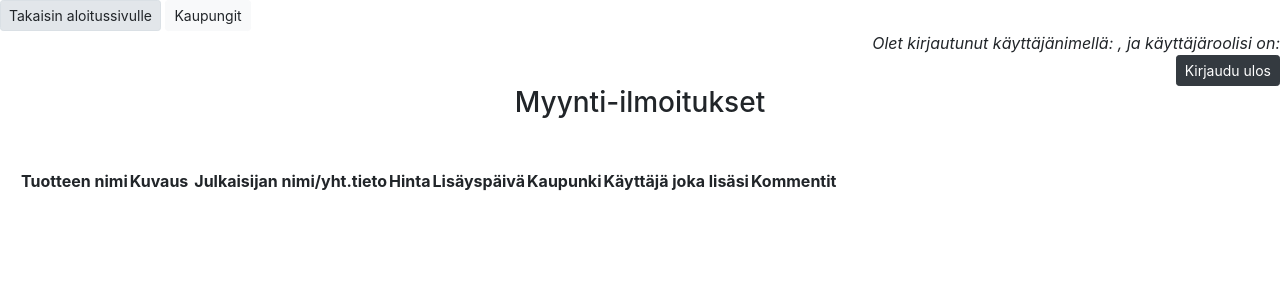
Repository: LiljestromNadja/Backend_s2023_harjoitustyo
Page: http://localhost/articlelist
The author's editor kept a copy of each file at every save. The page is drawn from the files as they stood at one save, then again after the next save.
The browser window is 1280 px wide. The pictures show the whole page.
The page is this project's Thymeleaf template; nobody is signed in. The template is opened directly, without the code that normally fills it, so the values that code supplies are empty.

Above is the page before, as saved 2023-11-10 15:37:44.

After the next save:
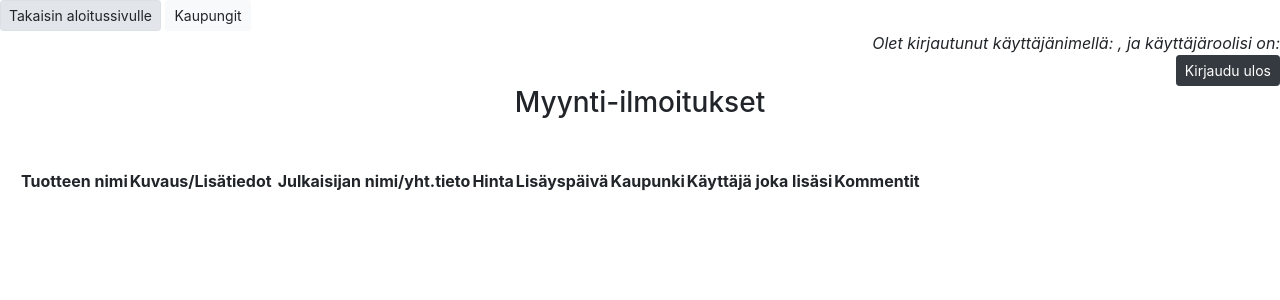
Saved 15 min 1 s later.
--- a/harkkas23v01/src/main/resources/templates/articlelist.html
+++ b/harkkas23v01/src/main/resources/templates/articlelist.html
@@ -32,7 +32,7 @@
 		<tr>
 			<th>Tuotteen nimi</th>
 	<!--  	<th>Tuotteen id </th> -->
-			<th>Kuvaus</th>
+			<th>Kuvaus/Lisätiedot</th>
 			<th></th>
 			<th></th>
 			<th>Julkaisijan nimi/yht.tieto</th>
